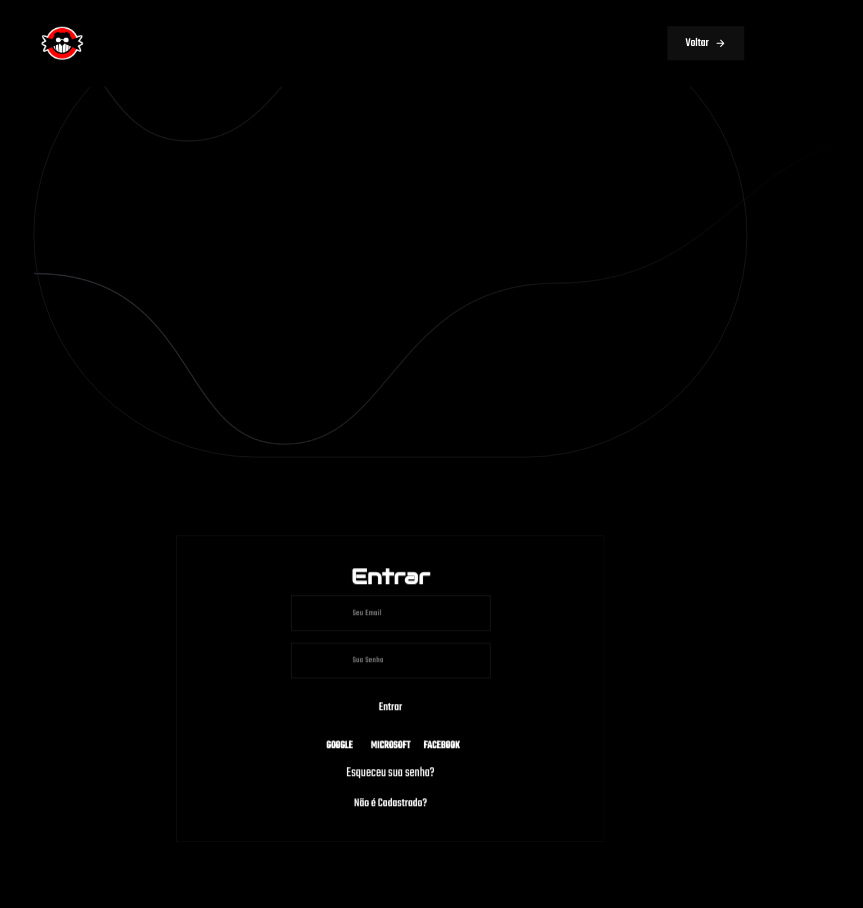
Repository: Cartoon-Network/Projeto-Semestral
Page: cadastro.html
The author's editor kept a copy of each file at every save. The page is drawn from the files as they stood at one save, then again after the next save.
The browser window is 1280 px wide. The page is 1414 px wide, so the pictures cover 1414 px, including what lies to the right of the window. The pictures show the whole page, at 61% of full size.
Some icons come from a web library that is not loaded, so they are not drawn. Some web fonts or font styles are not loaded; a fallback is used.

Above is the page before, as saved 2023-11-20 16:25:08.
Console error: TypeError: Cannot read properties of null (reading 'addEventListener')

After the next save:
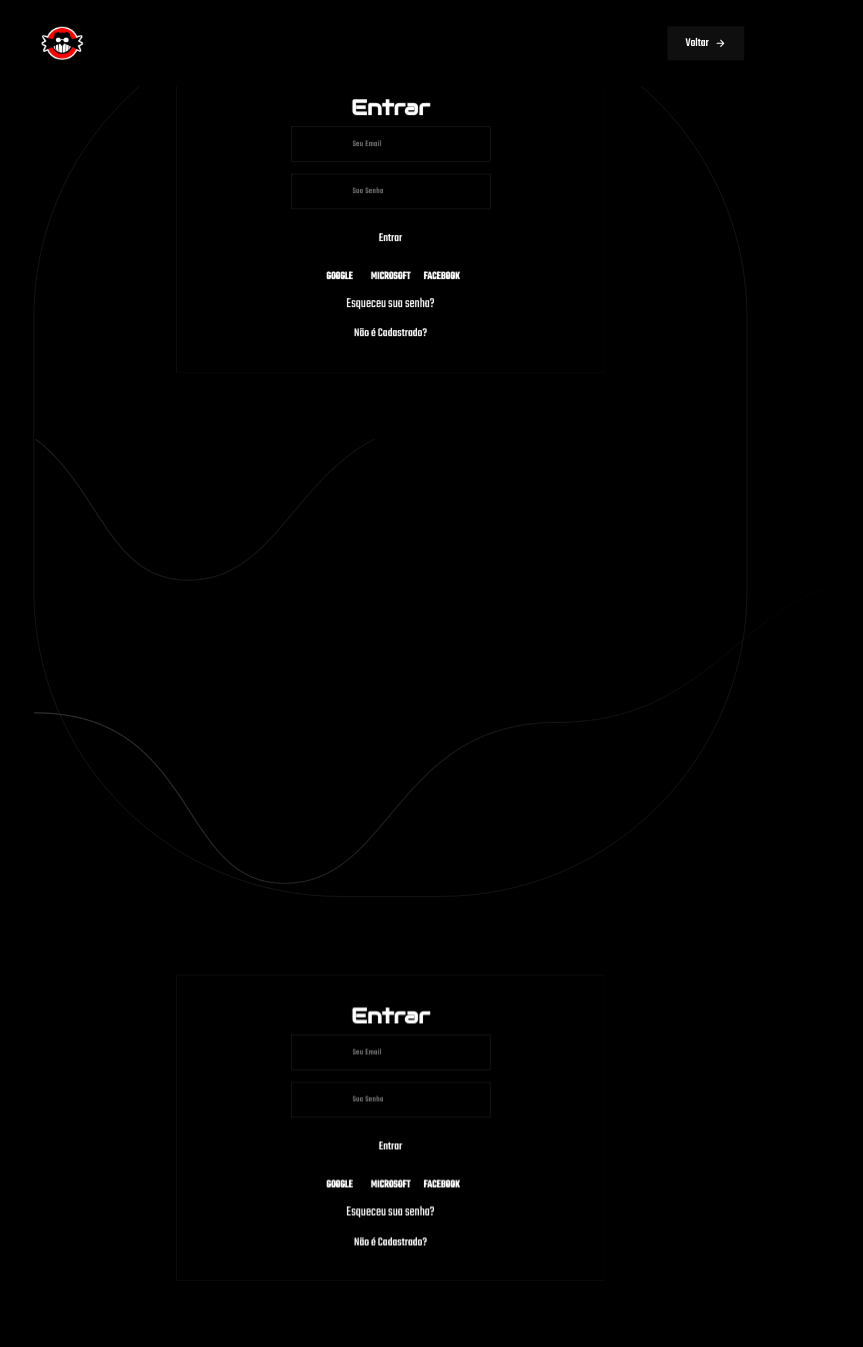
Saved 40 s later.
--- a/cadastro.html
+++ b/cadastro.html
@@ -81,7 +81,68 @@
 
         <div class="banner-outline has-after">
 
-
+          <!-- Código do card com formulários de login e cadastro -->
+      <section class="card-section">
+        <div class="card-container">
+          <div class="card" id="card">
+            <div class="card-front">
+              <h4 class="mb-4 pb-3">Entrar</h4>
+              <div class="form-group">
+                <input type="email" name="email" class="form-style" placeholder="Seu Email" id="email" autocomplete="off">
+                <i class="input-icon uil uil-at"></i>
+              </div>
+              <div class="form-group mt-2">
+                <input type="password" name="senha" class="form-style" placeholder="Sua Senha" id="senha" autocomplete="off">
+                <i class="input-icon uil uil-lock-alt"></i>
+              </div>
+              <a href="index.html" class="btn mt-4" onclick="flipCard()">Entrar</a>
+              <div class="social-buttons">
+                <button class="social-btn google-btn" onclick="signInWithGoogle()">
+                  <i class="uil uil-google"></i> Google
+                </button>
+                <button class="social-btn microsoft-btn">
+                  <i class="uil uil-windows"></i> Microsoft
+                </button>
+                <button class="social-btn facebook-btn">
+                  <i class="uil uil-facebook"></i> Facebook
+                </button>
+              </div>
+              <p class="mb-0 mt-4 text-center"><a href="#0" class="link">Esqueceu sua senha?</a></p>
+
+              <a href="#" class="btn mt-4" onclick="flipCard()">Não é Cadastrado?</a>
+            </div>
+
+            <div class="card-back">
+              <h4 class="mb-4 pb-3">Cadastre-se</h4>
+              <div class="form-group">
+                <input type="text" name="nome" class="form-style" placeholder="Seu Nome Completo" id="nome" autocomplete="off">
+                <i class="input-icon uil uil-user"></i>
+              </div>
+              <div class="form-group mt-2">
+                <input type="email" name="email" class="form-style" placeholder="Seu Email" id="email" autocomplete="off">
+                <i class="input-icon uil uil-at"></i>
+              </div>
+              <div class="form-group mt-2">
+                <input type="password" name="senha" class="form-style" placeholder="Sua Senha" id="senha" autocomplete="off">
+                <i class="input-icon uil uil-lock-alt"></i>
+              </div>
+              <a href="#" class="btn mt-4" onclick="flipCard()">Voltar</a>
+              <div class="social-buttons">
+                <button class="social-btn google-btn" onclick="signInWithGoogle()">
+                  <i class="uil uil-google"></i> Google
+                </button>
+                <button class="social-btn microsoft-btn">
+                  <i class="uil uil-windows"></i> Microsoft
+                </button>
+                <button class="social-btn facebook-btn">
+                  <i class="uil uil-facebook"></i> Facebook
+                </button>
+              </div>
+              <a href="index.html" class="btn mt-4" onclick="flipCard()">Cancelar</a>
+            </div>
+          </div>
+        </div>
+      </section>
 
         <img src="./assets/images/hero-shape-1.png"
          width="559" height="232" alt="shape"
